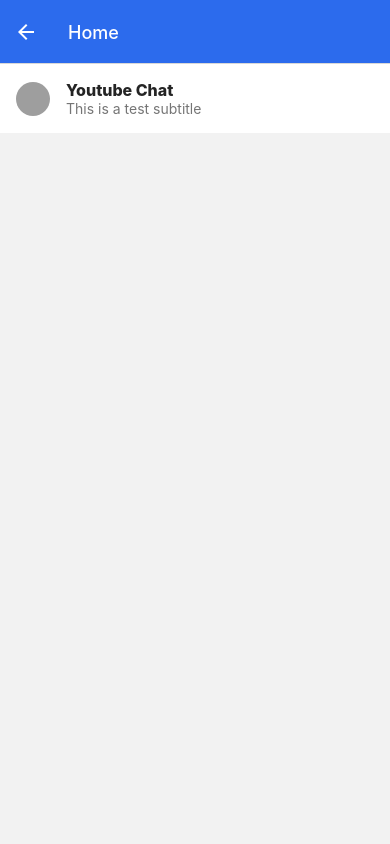
Repository: TheBoringBOT/signal-clone-reactnative-learn
Screen: /Home
These files come from the project's save history. The screen is drawn as it stood at one moment and after the next save; the edit follows.
Pictures or frames that could not be fetched are drawn as grey boxes. The app was drawn by React Native's web renderer in a window 390 px wide. The project was rebuilt for these pictures with package versions that can differ from the ones it lists, and the page was loaded fresh each time. Also part of the build but not shown: screens/RegisterScreen.js.

Above is the screen before, as saved 2022-01-23 21:55:42.

### App.js
import { StatusBar } from "expo-status-bar";
import { StyleSheet, Text, View } from "react-native";
import { NavigationContainer } from "@react-navigation/native";
import { createNativeStackNavigator } from "@react-navigation/native-stack";

//Screen Imports
import LoginScreen from "./screens/LoginScreen";
import RegisterScreen from "./screens/RegisterScreen";
import HomeScreen from "./screens/HomeScreen";

const Stack = createNativeStackNavigator();

const globalScreenOptions = {
  headerStyle: { backgroundColor: "#2c6bed" },
  headTitleStyle: { color: "white" },
  headerTintColor: "white",
};

export default function App() {
  return (
    <NavigationContainer>
      <Stack.Navigator screenOptions={globalScreenOptions}>
        <Stack.Screen name="Login" component={LoginScreen} />
        <Stack.Screen name="Register" component={RegisterScreen} />
        <Stack.Screen name="Home" component={HomeScreen} />
      </Stack.Navigator>
    </NavigationContainer>
  );
}

const styles = StyleSheet.create({
  container: {
    flex: 1,
    backgroundColor: "#fff",
    alignItems: "center",
    justifyContent: "center",
  },
});

### screens/LoginScreen.js
import { StyleSheet, Text, View, KeyboardAvoidingView } from "react-native";
import React, { useState, useEffect } from "react";
import { Button, Input, Image } from "react-native-elements";
import { StatusBar } from "expo-status-bar";
import { auth } from "../firebase";
import {
  getAuth,
  onAuthStateChanged,
  signInWithEmailAndPassword,
} from "firebase/auth";

const LoginScreen = ({ navigation }) => {
  const [email, setEmail] = useState("");
  const [password, setPassword] = useState("");

  // Redirect if user logged in
  useEffect(() => {
    onAuthStateChanged(auth, (user) => {
      if (user) {
        navigation.replace("Home");
      }
    });
  });

  const signIn = () => {
    signInWithEmailAndPassword(auth, email, password)
      .then((userCredential) => {
        // Signed in
        const user = userCredential.user;
        // ...
      })
      .catch((error) => {
        const errorCode = error.code;
        const errorMessage = error.message;
      });
  };

  return (
    <KeyboardAvoidingView behavior="padding" style={styles.container}>
      <StatusBar style="light" />
      <Image
        source={{
          uri: "https://blog.mozilla.org/internetcitizen/files/2018/08/signal-logo.png",
        }}
        style={{ width: 200, height: 200 }}
      />

      <View style={styles.inputContainer}>
        <Input
          placeholder="Email"
          autoFocus
          type="email"
          value={email}
          onChangeText={(text) => setEmail(text)}
        />
        <Input
          placeholder="Password"
          type="password"
          secureTextEntry
          value={password}
          onChangeText={(text) => setPassword(text)}
        />
        <Button containerStyle={styles.button} onPress={signIn} title="Login" />
        <Button
          onPress={() => navigation.navigate("Register")}
          containerStyle={styles.button}
          type="outline"
          title="Register"
        />
        <View style={{ height: 100 }} />
      </View>
    </KeyboardAvoidingView>
  );
};

export default LoginScreen;

const styles = StyleSheet.create({
  container: {
    flex: 1,
    alignItems: "center",
    justifyContent: "center",
    padding: 10,
    backgroundColor: "white",
  },
  inputContainer: { width: 300 },
  button: { width: 200, marginTop: 10, margin: "auto" },
});

### screens/HomeScreen.js
import { StyleSheet, Text, View, SafeAreaView, ScrollView } from "react-native";
import React, { useEffect } from "react";
import { auth } from "../firebase";
import CustomListItem from "../components/CustomListItem";

const HomeScreen = () => {
  const user = auth.currentUser;

  //   useEffect(() => {
  //     if (user) {
  //       console.table(user);
  //       //navigation.replace("Home");
  //     }
  //   });
  return (
    <SafeAreaView>
      <ScrollView>
        <CustomListItem />
      </ScrollView>
    </SafeAreaView>
  );
};

export default HomeScreen;

const styles = StyleSheet.create({});

### firebase.js
import { firebase, initializeApp, getApps, getApp } from "firebase/app";
import { getDatabase, ref, onValue } from "firebase/database";
import { getAuth } from "firebase/auth";

import { getFirestore } from "firebase/firestore";

const firebaseConfig = {
  apiKey: "AIzaSyCtao7GPEtYlsNabwjYskk8n6DEIbNo6VQ",
  authDomain: "signal-clone-4f5d4.firebaseapp.com",
  projectId: "signal-clone-4f5d4",
  storageBucket: "signal-clone-4f5d4.appspot.com",
  messagingSenderId: "958936105112",
  appId: "1:958936105112:web:aa41ae6e9c1b34ae23d0ed",
  measurementId: "G-1WPXHBPTRQ",
};

let app;
if (getApps.length === 0) {
  app = initializeApp(firebaseConfig);
} else {
  app = getApp();
}

const db = getFirestore();
const auth = getAuth(app);

export { db, auth };

### components/CustomListItem.js
import { StyleSheet, Text, View } from "react-native";
import { ListItem, Avatar } from "react-native-elements";
import React from "react";

const CustomListItem = () => {
  return (
    <ListItem>
      <Avatar
        rounded
        source={{
          uri: "https://i.pravatar.cc/50",
        }}
      />
      <ListItem.Content>
        <ListItem.Title style={{ fontWeight: "800" }}>
          Youtube Chat
        </ListItem.Title>
        <ListItem.Subtitle ellipsizeMode="tail" numberOfLines={1}>
          This is a test subtitle
        </ListItem.Subtitle>
      </ListItem.Content>
    </ListItem>
  );
};

export default CustomListItem;

const styles = StyleSheet.create({});

After the next save:
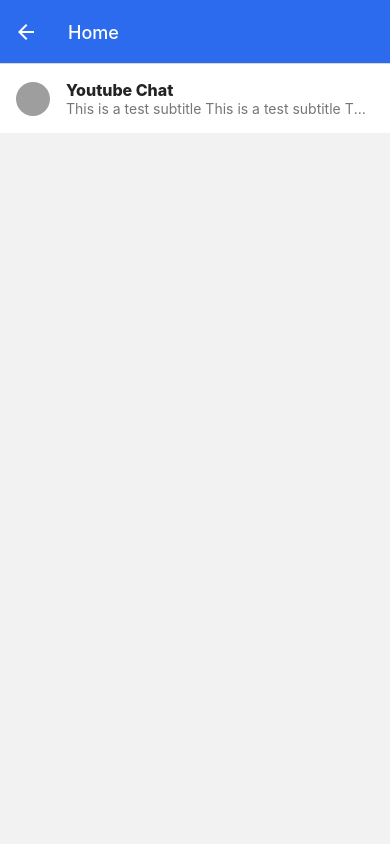
Saved 48 s later.
--- a/components/CustomListItem.js
+++ b/components/CustomListItem.js
@@ -16,7 +16,8 @@
           Youtube Chat
         </ListItem.Title>
         <ListItem.Subtitle ellipsizeMode="tail" numberOfLines={1}>
-          This is a test subtitle
+          This is a test subtitle This is a test subtitle This is a test
+          subtitle This is a test subtitle This is a test subtitle
         </ListItem.Subtitle>
       </ListItem.Content>
     </ListItem>

After the save that followed:
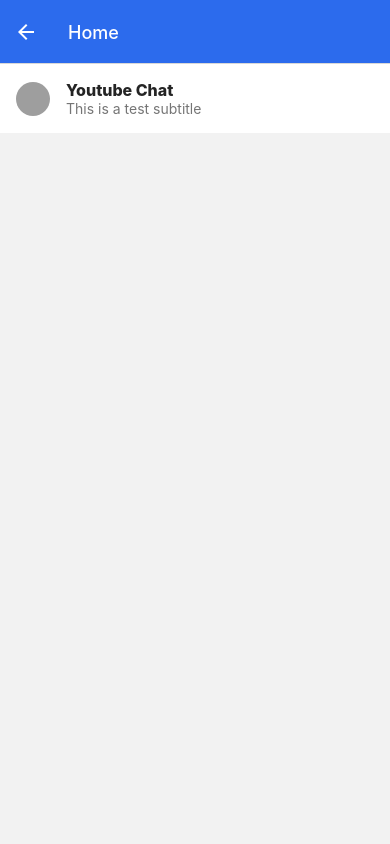
Saved 7 s later.
--- a/components/CustomListItem.js
+++ b/components/CustomListItem.js
@@ -16,8 +16,7 @@
           Youtube Chat
         </ListItem.Title>
         <ListItem.Subtitle ellipsizeMode="tail" numberOfLines={1}>
-          This is a test subtitle This is a test subtitle This is a test
-          subtitle This is a test subtitle This is a test subtitle
+          This is a test subtitle
         </ListItem.Subtitle>
       </ListItem.Content>
     </ListItem>
